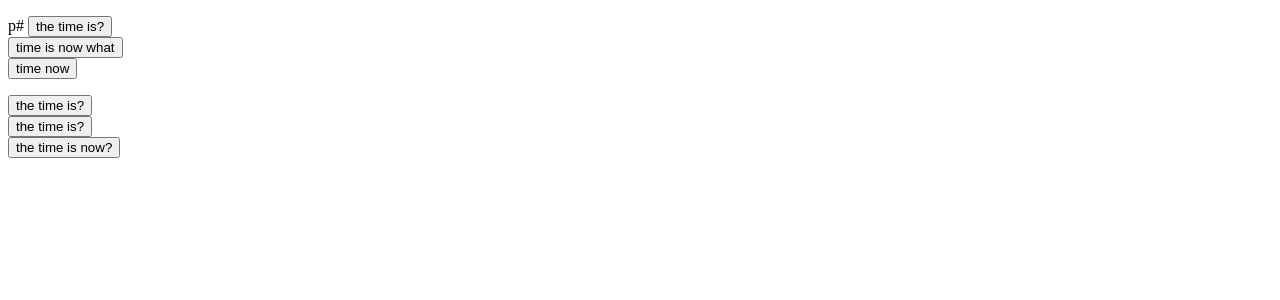
Repository: Dauddaniel/my-clock
Page: Bulb/Event.html
An editor plug-in stored every save of this project. The page is shown before and after the next save, followed by the edit.
The browser window is 1280 px wide. The pictures show the whole page.

Above is the page before, as saved 2023-05-18 08:51:16.

### Bulb/Event.html
<!DOCTYPE html>
<html lang="en">
<head>
    <meta charset="UTF-8">
    <meta http-equiv="X-UA-Compatible" content="IE=edge">
    <meta name="viewport" content="width=device-width, initial-scale=1.0">
    <title>Document</title>
</head>
<body>
    <p id="myTime"></p>
    <p id="onmouse"></p>
    p#

    <button onclick="document.getElementById (demo).innerHTML=date()"> the time is?</button><br>
    <button onmouseout="document.getElementById('onmouse').innerHTML=Date()">time is now what</button> <br>
    <button onmouseover="document.getElementById('onmouse').innerHTML=Date()">time now</button> <br>

    <p id="demo"></p>
    <button onclick="this.innerHTML=Date()">the time is?</button><br>
    <button onclick="Document.getElementById(demo).innerHTML=Date()">the time is?</button><br>
    <button onclick="DisplayDate()">the time is now?</button><br>
    <audio src="audio.mp3" control muted>sorry your browser does not support embedding audio.</audio>





</body>
</html>

After the next save:
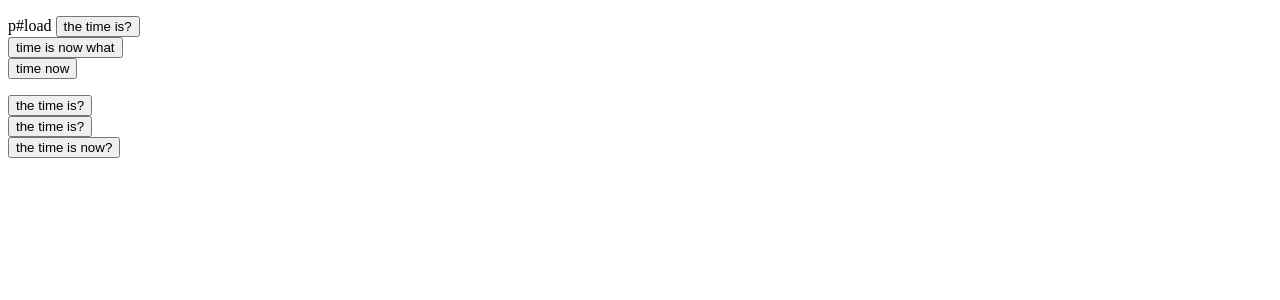
Saved 5 s later.
--- a/Bulb/Event.html
+++ b/Bulb/Event.html
@@ -9,7 +9,7 @@
 <body>
     <p id="myTime"></p>
     <p id="onmouse"></p>
-    p#
+    p#load
 
     <button onclick="document.getElementById (demo).innerHTML=date()"> the time is?</button><br>
     <button onmouseout="document.getElementById('onmouse').innerHTML=Date()">time is now what</button> <br>
